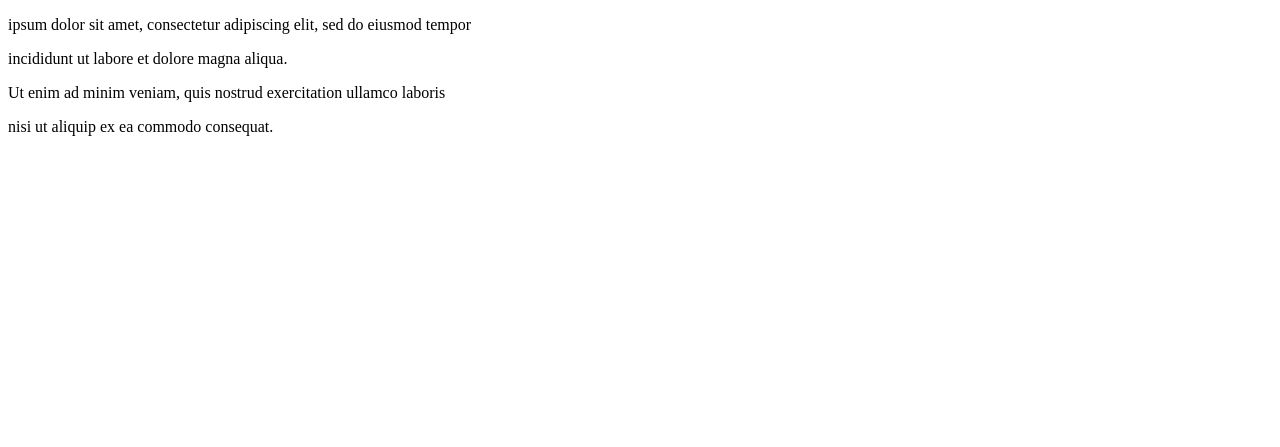
Repository: fnafelipe/TheOdinProject
Page: HTML/working-with-text/index.html
These files come from the project's save history. The page is drawn as it stood at one moment and after the next save; the edit follows.
The browser window is 1280 px wide. The pictures show the whole page.

Above is the page before, as saved 2026-09-02 20:38:32.

After the next save:
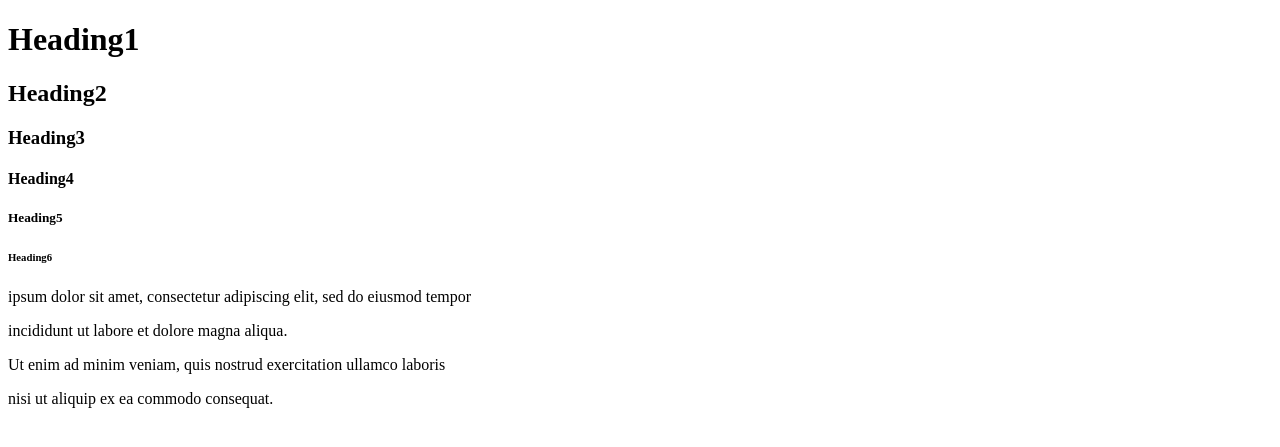
Saved 2 min 15 s later.
--- a/HTML/working-with-text/index.html
+++ b/HTML/working-with-text/index.html
@@ -6,11 +6,18 @@
     <title>Trabalhando com textos</title>
 </head>
 <body>
-  <p> ipsum dolor sit amet, consectetur adipiscing elit, sed do eiusmod tempor</p>
-  <p>incididunt ut labore et dolore magna aliqua.</p>
+    <h1>Heading1</h1>
+    <h2>Heading2</h2>
+    <h3>Heading3</h3>
+    <h4>Heading4</h4>
+    <h5>Heading5</h5>
+    <h6>Heading6</h6>
 
-  <p>Ut enim ad minim veniam, quis nostrud exercitation ullamco laboris</p>
-  <p>nisi ut aliquip ex ea commodo consequat.</p>
+    <p> ipsum dolor sit amet, consectetur adipiscing elit, sed do eiusmod tempor</p>
+    <p>incididunt ut labore et dolore magna aliqua.</p>
+
+    <p>Ut enim ad minim veniam, quis nostrud exercitation ullamco laboris</p>
+    <p>nisi ut aliquip ex ea commodo consequat.</p>
 </body>
 
 </html>
